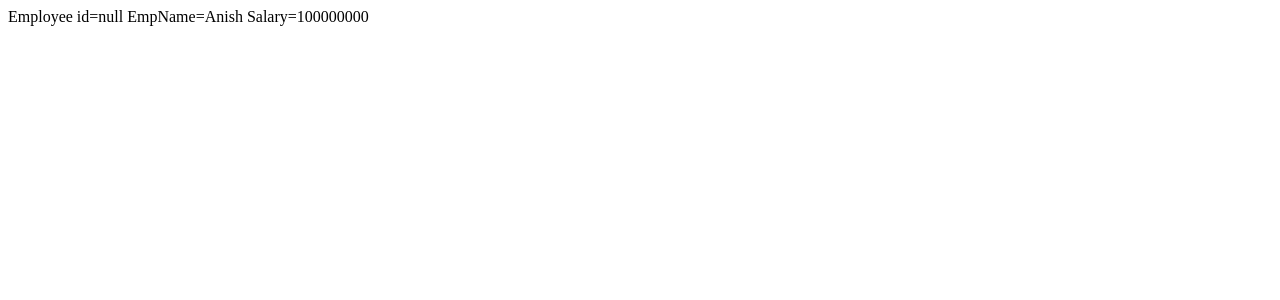
Repository: anishhegde14/TY_CG_HTD_BangaloreNovember_JFS_ANISHHEGDE
Page: http://localhost/mywebapp/getEmp
The author's editor kept a copy of each file at every save. The page is drawn from the files as they stood at one save, then again after the next save.
The browser window is 1280 px wide. The pictures show the whole page.
The page is served by Tomcat 9.

Above is the page before, as saved 2019-12-15 09:34:22.

After the next save:
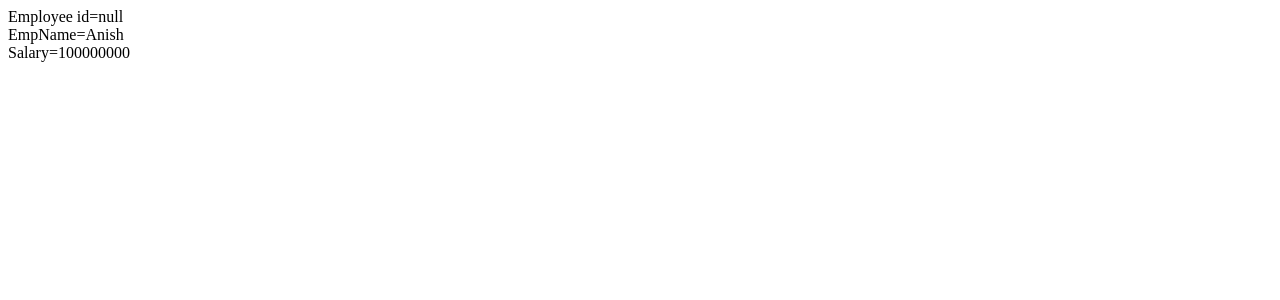
Saved 10 min 0 s later.
--- a/ServletsandSprings/mywebapp/src/main/java/com/capgemini/mywebapp/servlets/GetEmployeeServlet.java
+++ b/ServletsandSprings/mywebapp/src/main/java/com/capgemini/mywebapp/servlets/GetEmployeeServlet.java
@@ -22,7 +22,7 @@ public class GetEmployeeServlet extends HttpServlet{
 	pr.println("<body>");
 
 	pr.println("Employee id="+idVal);
-	pr.println("EmpName=Anish");
+	pr.println("<br>EmpName=Anish<br>");
 	pr.println("Salary=100000000");
 	pr.println("</body>");
 	pr.println("</html>");
